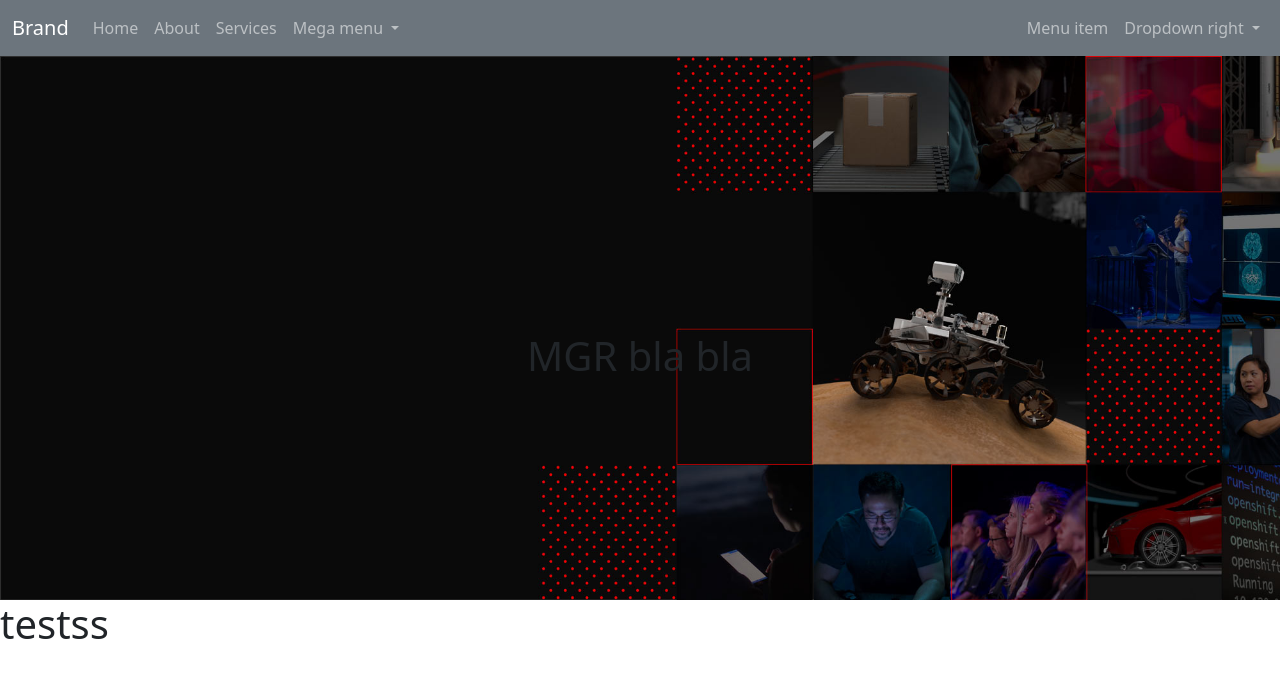
Repository: WaiMaungMaung/Mgr-site
Page: http://localhost/
These files come from the project's save history. The page is drawn as it stood at one moment and after the next save; the edit follows.
The browser window is 1280 px wide. The pictures show the whole page.
The page is served by the project's Laravel application, run on PHP 8.4 with Laravel 9. Other server files are loaded and not shown.

Above is the page before, as saved 2022-04-06 10:43:21.

### resources/views/welcome.blade.php
@extends('layouts.app')
<div id="container">
    <nav class="navbar navbar-expand-lg navbar-dark bg-secondary ">
        <div class="container-fluid">
            <a class="navbar-brand" href="#">Brand</a>
            <button class="navbar-toggler" type="button" data-bs-toggle="collapse" data-bs-target="#main_nav">
                <span class="navbar-toggler-icon"></span>
            </button>
            <div class="collapse navbar-collapse" id="main_nav">
                <ul class="navbar-nav">
                    <li class="nav-item active"> <a class="nav-link" href="#">Home </a> </li>
                    <li class="nav-item"><a class="nav-link" href="#"> About </a></li>
                    <li class="nav-item"><a class="nav-link" href="#"> Services </a></li>
                    <li class="nav-item dropdown has-megamenu">
                        <a class="nav-link dropdown-toggle" href="#" data-bs-toggle="dropdown"> Mega menu </a>
                        <div class="dropdown-menu megamenu" role="menu">
                            This is content of megamenu. <br>
                            Lorem ipsum dolor sit amet, consectetur adipisicing elit, sed do eiusmod
                            tempor incididunt ut labore et dolore magna aliqua. Ut enim ad minim veniam,
                            quis nostrud exercitation ullamco laboris nisi ut aliquip ex ea commodo
                            consequat.
                        </div> <!-- dropdown-mega-menu.// -->
                    </li>
                </ul>
                <ul class="navbar-nav ms-auto">
                    <li class="nav-item"><a class="nav-link" href="#"> Menu item </a></li>
                    <li class="nav-item dropdown">
                        <a class="nav-link  dropdown-toggle" href="#" data-bs-toggle="dropdown"> Dropdown right </a>
                        <ul class="dropdown-menu dropdown-menu-end">
                            <li><a class="dropdown-item" href="#"> Submenu item 1</a></li>
                            <li><a class="dropdown-item" href="#"> Submenu item 2 </a></li>
                        </ul>
                    </li>
                </ul>
            </div> <!-- navbar-collapse.// -->
        </div> <!-- container-fluid.// -->
    </nav>

    <div id="container img-container">
        <img src="{{ url('/img/bg.jpg') }}" class="img-fluid" alt="">
        <div class="top-left">
            <h1>MGR bla bla</h1>
        </div>

    </div>
</div>

### resources/views/layouts/app.blade.php
<!doctype html>
<html lang="en">

<head>
    <!-- Required meta tags -->
    <meta charset="utf-8">
    <meta name="viewport" content="width=device-width, initial-scale=1">

    <!-- Bootstrap CSS -->


    <link href="https://cdn.jsdelivr.net/npm/bootstrap@5.1.3/dist/css/bootstrap.min.css" rel="stylesheet"
        integrity="sha384-1BmE4kWBq78iYhFldvKuhfTAU6auU8tT94WrHftjDbrCEXSU1oBoqyl2QvZ6jIW3" crossorigin="anonymous">

    <title>Hello, world!</title>
    <style type="text/css">
        .img-container {
            position: relative;
            text-align: center;
            color: white;
        }

        .top-left {
            position: absolute;
            top: 50%;
            left: 50%;
            transform: translate(-50%, -50%);
        }

        .navbar .megamenu {
            padding: 1rem;
        }

        /* ============ desktop view ============ */
        @media all and (min-width: 992px) {

            .navbar .has-megamenu {
                position: static !important;
            }

            .navbar .megamenu {
                left: 0;
                right: 0;
                width: 100%;
                margin-top: 0;
            }

        }

        /* ============ desktop view .end// ============ */

        /* ============ mobile view ============ */
        @media(max-width: 991px) {

            .navbar.fixed-top .navbar-collapse,
            .navbar.sticky-top .navbar-collapse {
                overflow-y: auto;
                max-height: 90vh;
                margin-top: 10px;
            }
        }

    </style>
</head>

<body>
    <h1>testss</h1>
    <!-- Optional JavaScript; choose one of the two! -->

    <!-- Option 1: Bootstrap Bundle with Popper -->
    <script src="https://cdn.jsdelivr.net/npm/bootstrap@5.1.3/dist/js/bootstrap.bundle.min.js"
        integrity="sha384-ka7Sk0Gln4gmtz2MlQnikT1wXgYsOg+OMhuP+IlRH9sENBO0LRn5q+8nbTov4+1p" crossorigin="anonymous">
    </script>

    <!-- Option 2: Separate Popper and Bootstrap JS -->
    <!--
    <script src="https://cdn.jsdelivr.net/npm/@popperjs/core@2.10.2/dist/umd/popper.min.js"
        integrity="sha384-7+zCNj/IqJ95wo16oMtfsKbZ9ccEh31eOz1HGyDuCQ6wgnyJNSYdrPa03rtR1zdB" crossorigin="anonymous">
    </script>
    <script src="https://cdn.jsdelivr.net/npm/bootstrap@5.1.3/dist/js/bootstrap.min.js"
        integrity="sha384-QJHtvGhmr9XOIpI6YVutG+2QOK9T+ZnN4kzFN1RtK3zEFEIsxhlmWl5/YESvpZ13" crossorigin="anonymous">
    </script>
    -->
    @yield('content')
</body>

</html>

Loaded but not shown: routes/web.php (common file)

After the next save:
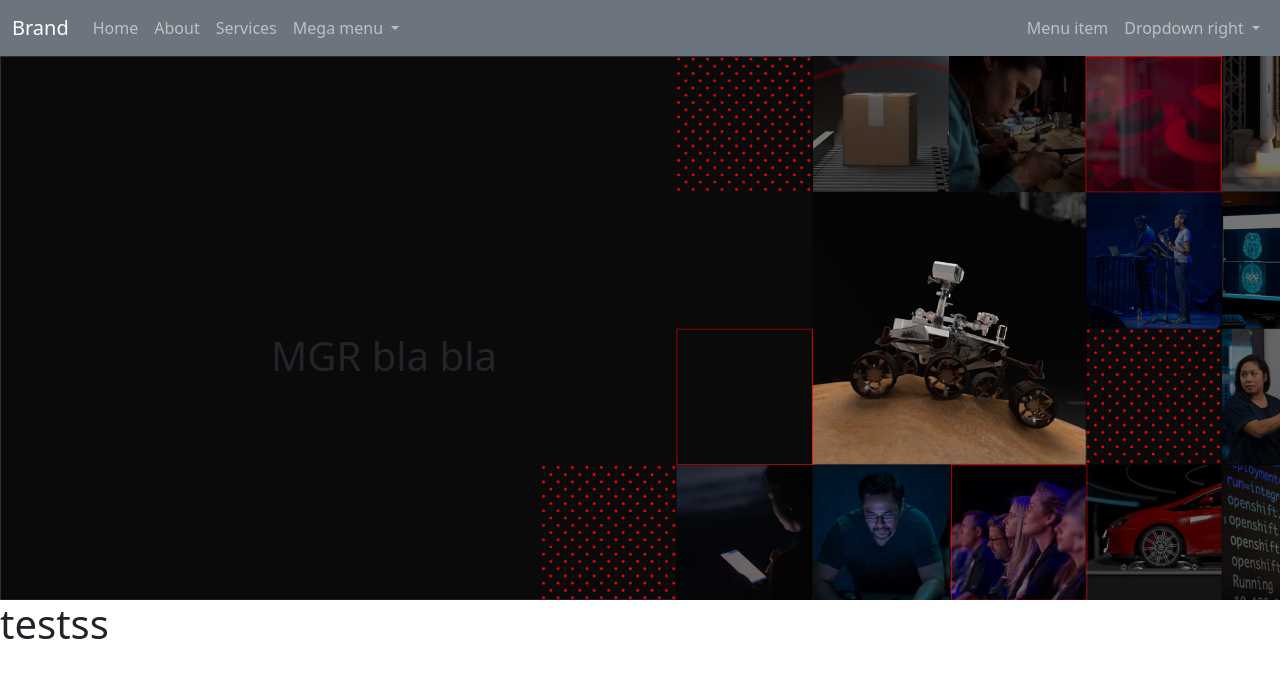
Saved 17 s later.
--- a/resources/views/layouts/app.blade.php
+++ b/resources/views/layouts/app.blade.php
@@ -23,7 +23,7 @@
         .top-left {
             position: absolute;
             top: 50%;
-            left: 50%;
+            left: 30%;
             transform: translate(-50%, -50%);
         }
 
